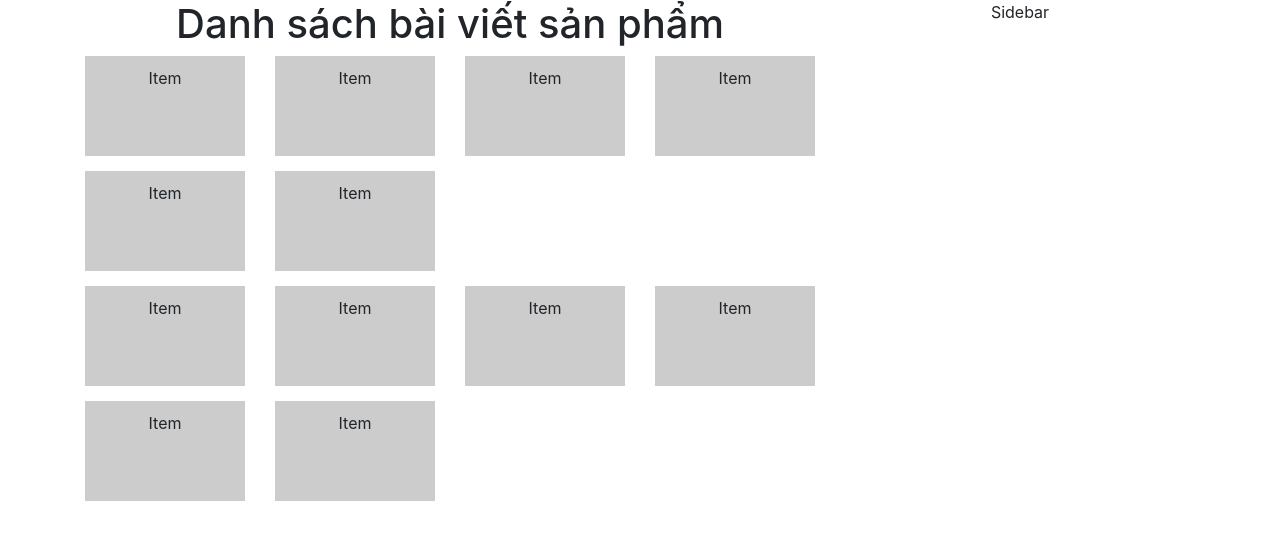
Repository: anhtu2110/front_end
Page: lesson/bootstrap/grid-layout/2.7-box-in-box.html
These files come from the project's save history. The page is drawn as it stood at one moment and after the next save; the edit follows.
The browser window is 1280 px wide. The pictures show the whole page.

Above is the page before, as saved 2022-12-01 17:54:03.

After the next save:
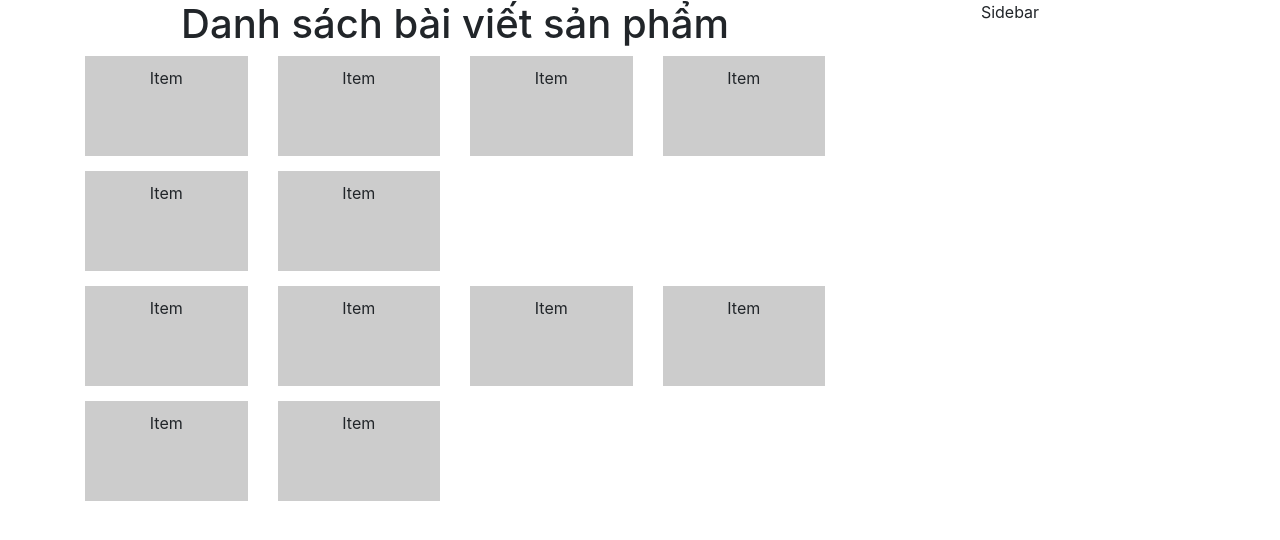
Saved 8 s later.
--- a/lesson/bootstrap/grid-layout/2.7-box-in-box.html
+++ b/lesson/bootstrap/grid-layout/2.7-box-in-box.html
@@ -19,7 +19,7 @@
       }
     </style>
     <div class="container">
-      <div class="row no-gutter">
+      <div class="row no-gutters">
         <div class="col-md-8 text-center">
           <h1>Danh sách bài viết sản phẩm</h1>
           <div class="list-item">

After the save that followed:
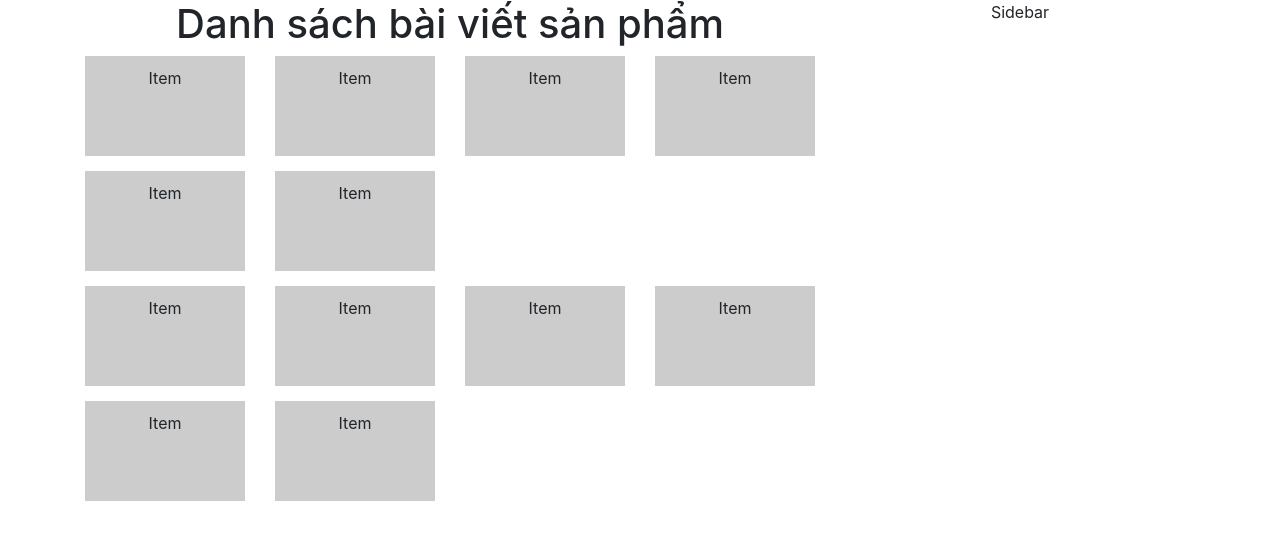
Saved 12 s later.
--- a/lesson/bootstrap/grid-layout/2.7-box-in-box.html
+++ b/lesson/bootstrap/grid-layout/2.7-box-in-box.html
@@ -19,7 +19,7 @@
       }
     </style>
     <div class="container">
-      <div class="row no-gutters">
+      <div class="row">
         <div class="col-md-8 text-center">
           <h1>Danh sách bài viết sản phẩm</h1>
           <div class="list-item">
